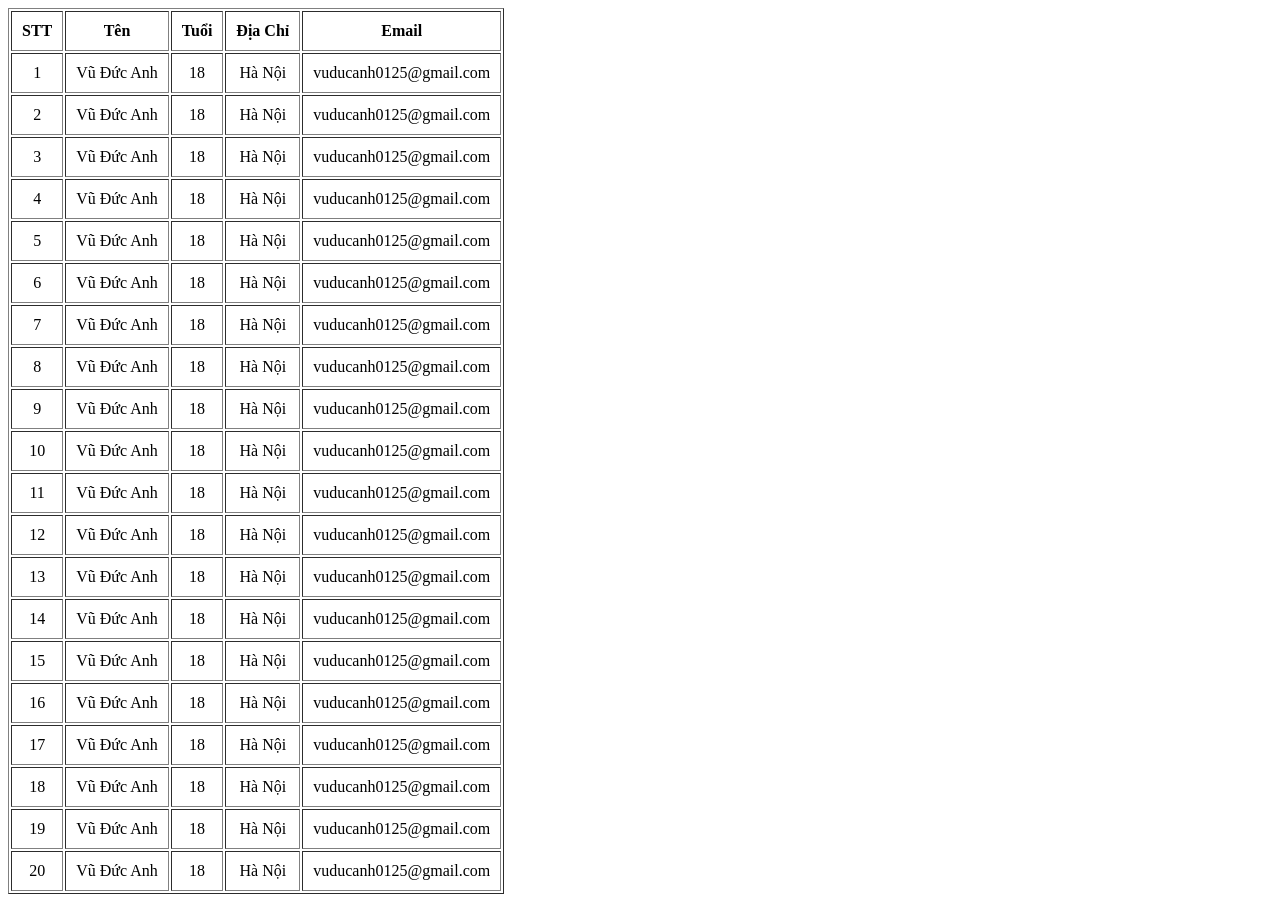
Repository: AnhDuc0125/HTML-Aptech
Page: bt2008/index.html
The author's editor kept a copy of each file at every save. The page is drawn from the files as they stood at one save, then again after the next save.
The browser window is 1280 px wide. The pictures show the whole page.

Above is the page before, as saved 2021-11-29 07:56:10.

After the next save:
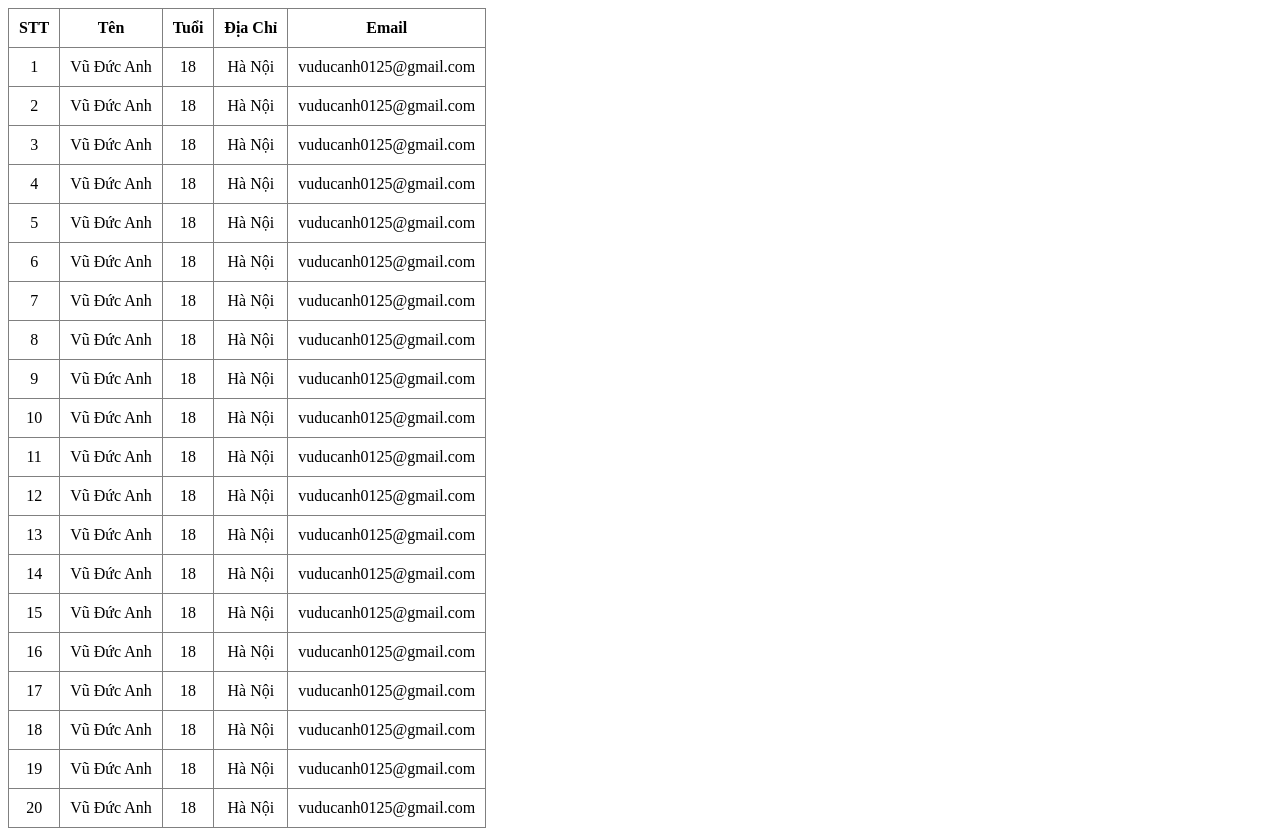
Saved 60 s later.
--- a/bt2008/index.html
+++ b/bt2008/index.html
@@ -8,7 +8,7 @@
     <title>Danh sách Sinh Viên</title>
 </head>
 <body>
-    <table border="1px solid black" cellpadding= "10" style="text-align:center">
+    <table border="1px solid black" cellpadding= "10" style="text-align:center; border-collapse: collapse;">
         <tr>
             <th>STT</th>
             <th>Tên</th>
